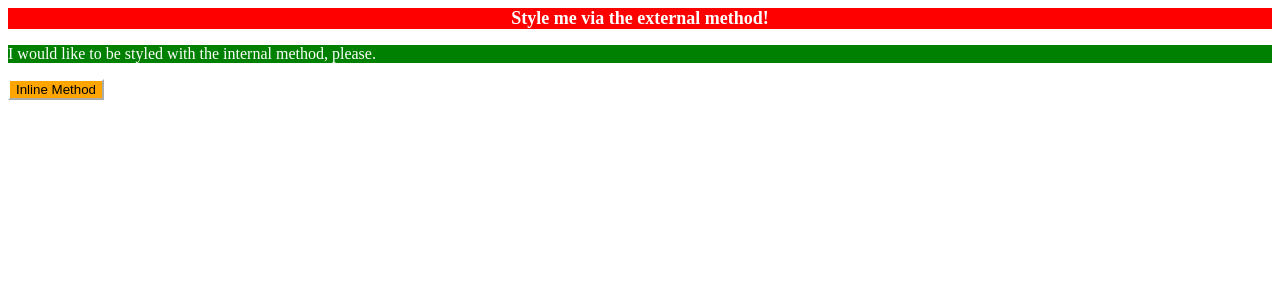
Repository: mnhardy1504/odin-recipes1
Page: repos/css-exercises/foundations/01-css-methods/index.html
These files come from the project's save history. The page is drawn as it stood at one moment and after the next save; the edit follows.
The browser window is 1280 px wide. The pictures show the whole page.

Above is the page before, as saved 2023-08-22 18:05:44.

### repos/css-exercises/foundations/01-css-methods/index.html
<!DOCTYPE html>
<html lang="en">
  <head>
    <meta charset="UTF-8">
    <meta http-equiv="X-UA-Compatible" content="IE=edge">
    <meta name="viewport" content="width=device-width, initial-scale=1.0">
    <title>Methods for Adding CSS</title>
    <link rel="stylesheet" href="external1.css" />
  </head>
  <body>
    <div>Style me via the external method!</div>
    <p>I would like to be styled with the internal method, please.</p>
    <button>Inline Method</button>
  </body>
</html>

### repos/css-exercises/foundations/01-css-methods/external1.css
div {
    color: white;
    background-color: red;
    font-weight: bold;
    text-align: center;
    font-size: large;
  }

  p {
    color: white;
    background-color: green;
  }

  button {
    color: black;
    background-color: orange;
    border-color: white;
  }

After the next save:
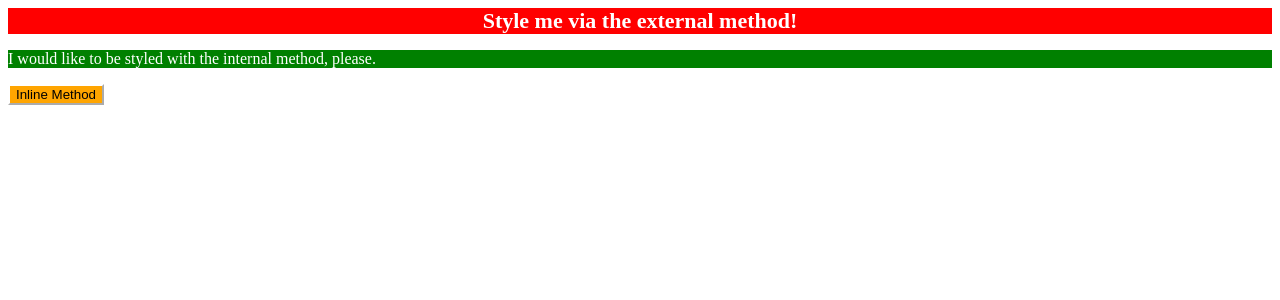
Saved 33 s later.
--- a/repos/css-exercises/foundations/01-css-methods/external1.css
+++ b/repos/css-exercises/foundations/01-css-methods/external1.css
@@ -3,7 +3,7 @@ div {
     background-color: red;
     font-weight: bold;
     text-align: center;
-    font-size: large;
+    font-size: 22px;
   }
 
   p {
